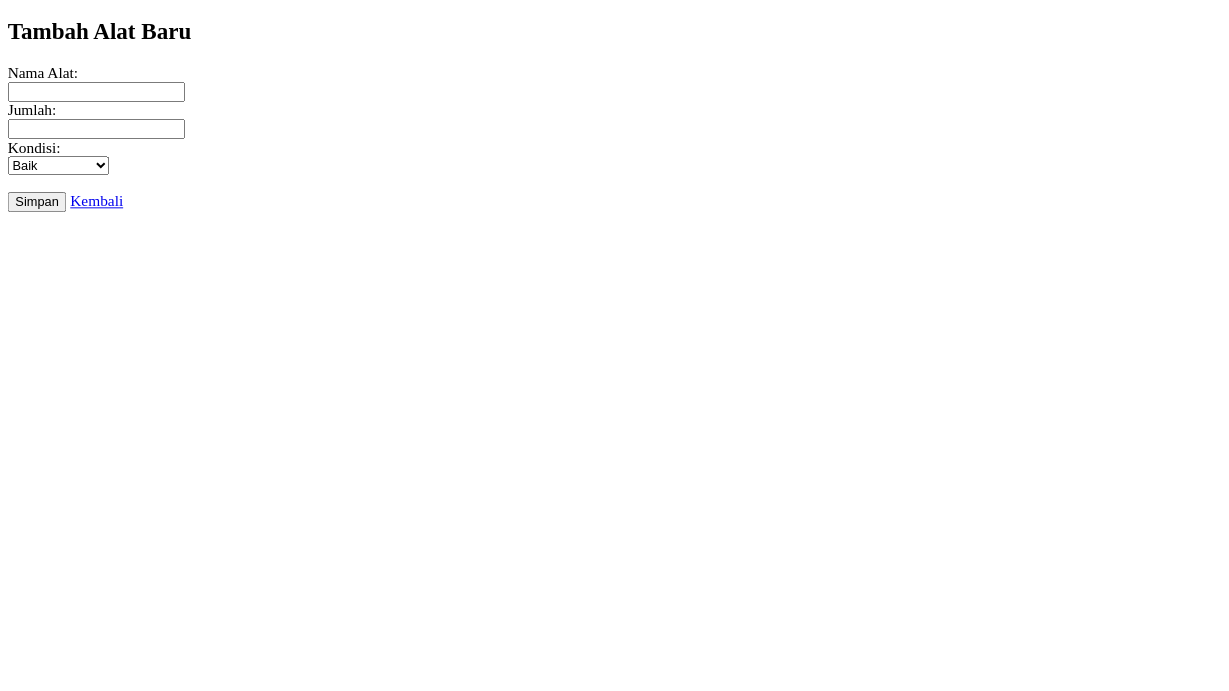
Repository: fatkquladhim/multimedia_app
Page: http://localhost/admin/daftar alat/tambah-barang.php
An editor plug-in stored every save of this project. The page is shown before and after the next save, followed by the edit.
The browser window is 1280 px wide. The pictures show the whole page, at 96% of full size.
Some web libraries are served in a nearby version. The page is run by PHP 8.4 with error messages shown; the project is at /var/www/html/. The session is filled in as if someone had signed in: {"user_id": 2, "username": "asep", "role": "admin"}.

Above is the page before, as saved 2025-07-18 22:58:12.

After the next save:
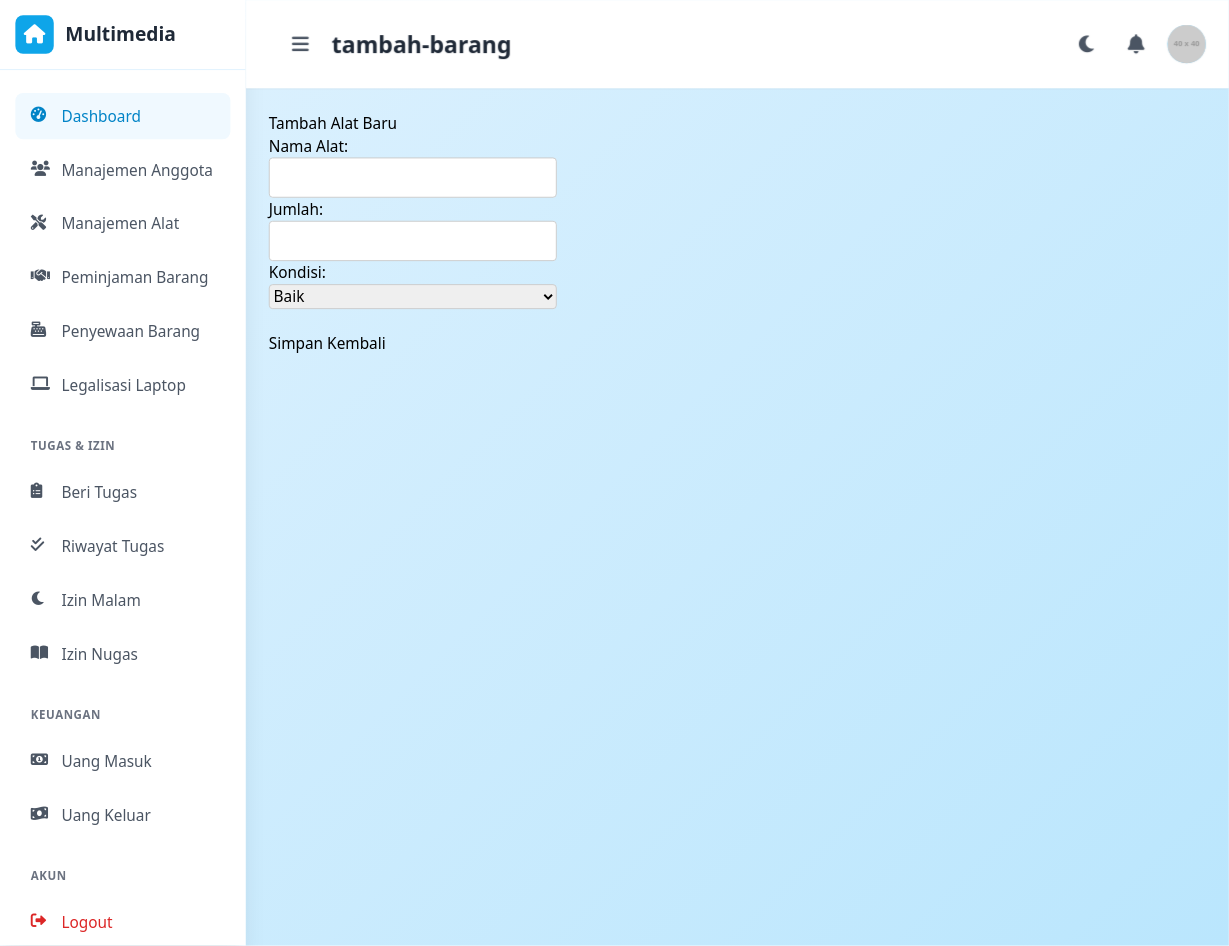
Saved 9 s later.
--- a/admin/daftar alat/tambah-barang.php
+++ b/admin/daftar alat/tambah-barang.php
@@ -26,14 +26,9 @@ if ($_SERVER['REQUEST_METHOD'] === 'POST') {
     $conn->close();
     exit;
 }
+include '../header.php'; // Path relatif dari 'anggota/'
 ?>
 
-<!DOCTYPE html>
-<html>
-<head>
-    <title>Tambah Alat</title>
-</head>
-<body>
     <h2>Tambah Alat Baru</h2>
 
     <?php
